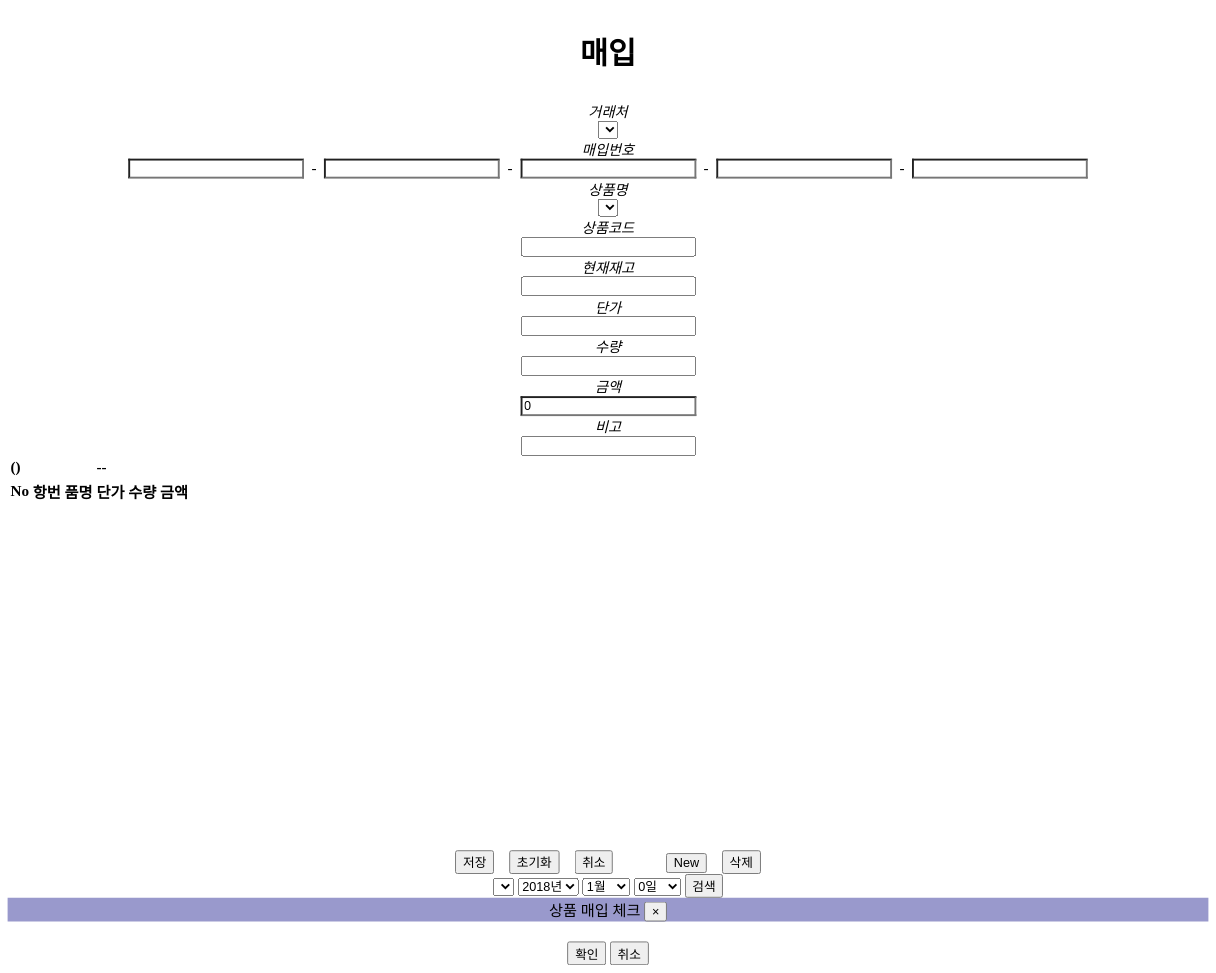
Repository: jaehyuny/springcontentall
Page: http://localhost/ncs4project/WEB-INF/views/distribution/pay_insert_form.jsp
The author's editor kept a copy of each file at every save. The page is drawn from the files as they stood at one save, then again after the next save.
The browser window is 1280 px wide. The pictures show the whole page, at 95% of full size.
The page is served by Tomcat 9. Nobody is signed in. The template is opened directly, without the code that normally fills it, so the values that code supplies are empty.

Above is the page before, as saved 2018-07-25 05:09:22.

After the next save:
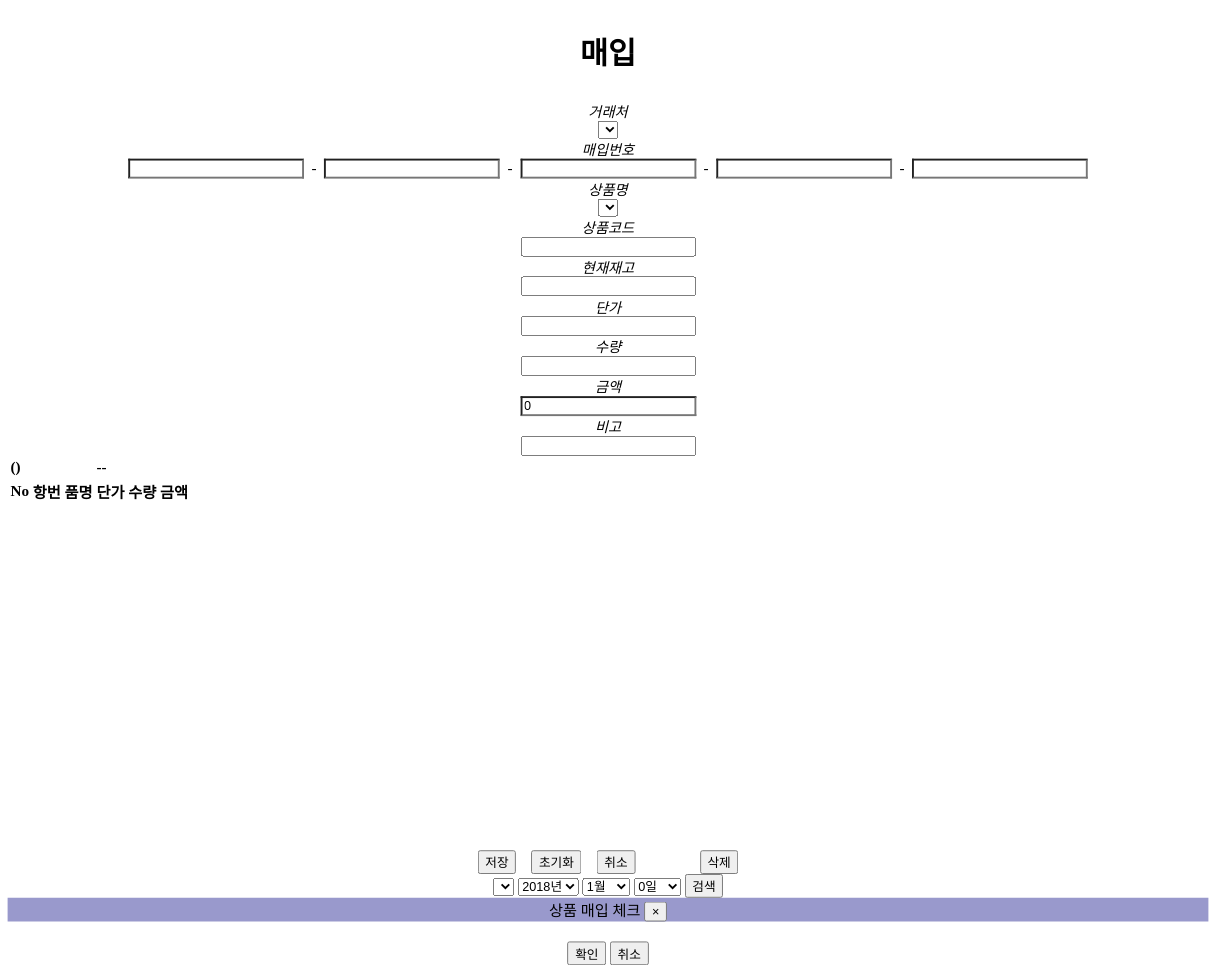
Saved 81 s later.
--- a/ncs4webproject/ncs4project/src/main/webapp/WEB-INF/views/distribution/pay_insert_form.jsp
+++ b/ncs4webproject/ncs4project/src/main/webapp/WEB-INF/views/distribution/pay_insert_form.jsp
@@ -194,7 +194,7 @@
 					<a href="index"><button type="button" id="buycancel"
 							class="btn btn-warning">취소</button></a>
 					&nbsp&nbsp&nbsp&nbsp&nbsp&nbsp&nbsp&nbsp&nbsp&nbsp&nbsp&nbsp
-					<a href="buyinsertform"><button type="button" id="buynew" class="btn btn-danger">New</button></a>
+					<a href="buyinsertform"><button type="button" id="buynew" class="btn btn-danger" style="display: none">New</button></a>
 					&nbsp&nbsp
 					<button type="button" id="buydelete" class="btn btn-default">삭제</button>
 				</div>
